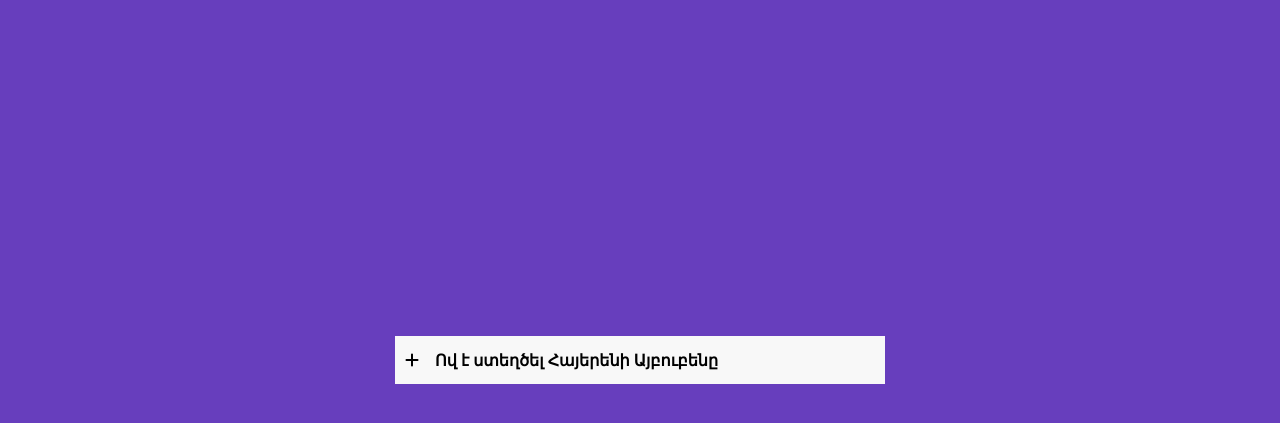
Repository: vardgeshakobyann/Accordion-ReactJS
Page: /
The author's editor kept a copy of each file at every save. The page is drawn from the files as they stood at one save, then again after the next save.
The browser window is 1280 px wide. The pictures show the whole page.
The project was rebuilt for these pictures with package versions that can differ from the ones it lists, and the page was loaded fresh each time.

Above is the page before, as saved 2025-06-11 09:19:28.

### public/index.html
<!DOCTYPE html>
<html lang="en">
  <head>
    <meta charset="utf-8" />
    <link rel="icon" href="%PUBLIC_URL%/favicon.ico" />
    <meta name="viewport" content="width=device-width, initial-scale=1" />
    <meta name="theme-color" content="#000000" />
    <meta
      name="description"
      content="Web site created using create-react-app"
    />
    <link rel="apple-touch-icon" href="%PUBLIC_URL%/logo192.png" />
    <!--
      manifest.json provides metadata used when your web app is installed on a
      user's mobile device or desktop. See https://developers.google.com/web/fundamentals/web-app-manifest/
    -->
    <link rel="manifest" href="%PUBLIC_URL%/manifest.json" />
    <!--
      Notice the use of %PUBLIC_URL% in the tags above.
      It will be replaced with the URL of the `public` folder during the build.
      Only files inside the `public` folder can be referenced from the HTML.

      Unlike "/favicon.ico" or "favicon.ico", "%PUBLIC_URL%/favicon.ico" will
      work correctly both with client-side routing and a non-root public URL.
      Learn how to configure a non-root public URL by running `npm run build`.
    -->
      <link rel="stylesheet" href="https://cdnjs.cloudflare.com/ajax/libs/font-awesome/6.7.2/css/all.min.css" integrity="sha512-Evv84Mr4kqVGRNSgIGL/F/aIDqQb7xQ2vcrdIwxfjThSH8CSR7PBEakCr51Ck+w+/U6swU2Im1vVX0SVk9ABhg==" crossorigin="anonymous" referrerpolicy="no-referrer" />
    <title>React App</title>
  </head>
  <body>
    <noscript>You need to enable JavaScript to run this app.</noscript>
    <div id="root"></div>
    <!--
      This HTML file is a template.
      If you open it directly in the browser, you will see an empty page.

      You can add webfonts, meta tags, or analytics to this file.
      The build step will place the bundled scripts into the <body> tag.

      To begin the development, run `npm start` or `yarn start`.
      To create a production bundle, use `npm run build` or `yarn build`.
    -->
  </body>
</html>

### src/index.js
import ReactDOM from 'react-dom/client';
import './index.css';
import App from './App';

const root = ReactDOM.createRoot(document.getElementById('root'));
root.render(<App />);

### src/index.css
* {
  margin: 0;
  padding: 0;
  box-sizing: border-box;
}

body {
  margin: 0;
  font-family: -apple-system, BlinkMacSystemFont, 'Segoe UI', 'Roboto', 'Oxygen',
    'Ubuntu', 'Cantarell', 'Fira Sans', 'Droid Sans', 'Helvetica Neue',
    sans-serif;
  -webkit-font-smoothing: antialiased;
  -moz-osx-font-smoothing: grayscale;
  background: #673EBD;
}

code {
  font-family: source-code-pro, Menlo, Monaco, Consolas, 'Courier New',
    monospace;
}

### src/App.js
import './App.css';
import Accordion from './components/Accordion/Accordion';

function App() {
  return (
    <div className="App">
      <Accordion />
    </div>
  );
}

export default App;

### src/App.css
.App {
  width: 100%;
  height: 100vh;
  display: flex;
  justify-content: center;
  align-items: center;
}

### src/components/Accordion/Accordion.jsx
import './accordion.css';
import { data } from '../../DB';
import AccordionItem from '../AccordionItem/AccordionItem';

const Accordion = () => {
    return (
        <div className="accordion">
            {
                data.map((el) => {
                    return (
                        <AccordionItem
                            key={el.id}
                            question={el.question}
                        />
                    )
                })
            }
        </div>
    )
}

export default Accordion;

### src/components/Accordion/accordion.css
.accordion {
    width: 490px;
    border-radius: 4px;
}

### src/DB.js
export const data = [
    {
        id: 1,
        question: "Ով է ստեղծել Հայերենի Այբուբենը",
        answer: "Մեսրոպ Մաշտոցը 405թ -ին 5րդ դարում",
        isComplited: false,
        open: false
    }
];

### src/components/AccordionItem/AccordionItem.jsx
import './accordionItem.css';

const AccordionItem = ({question}) => {
    return (
        <div className="accordionItem">
            <div className="header">
                <div className="leftBlock">
                    <i className="fa-solid fa-plus"></i>
                    <p>{question}</p>
                </div>
                <div className="rightBlock"></div>
            </div>
        </div>
    )
}

export default AccordionItem;

### src/components/AccordionItem/accordionItem.css
.accordionItem {
    width: 100%;
}

.accordionItem .header {
    width: 100%;
    height: 48px;
    background: #F8F8F8;
    padding: 10px;
    display: flex;
    justify-content: space-between;
    align-items: center;
}

.accordionItem .header .leftBlock {
    display: flex;
    justify-content: center;
    align-items: center;
    gap: 16px;
    border-top-right-style: 1px solid #000;
}

.accordionItem .header .leftBlock p {
    font-weight: 600;
}

After the next save:
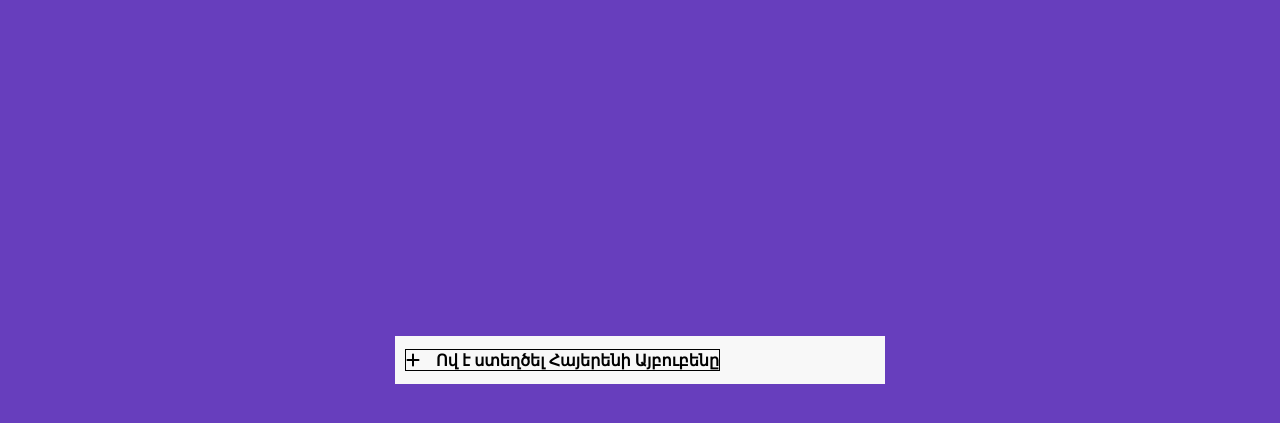
Saved 9 s later.
--- a/src/components/AccordionItem/accordionItem.css
+++ b/src/components/AccordionItem/accordionItem.css
@@ -17,7 +17,7 @@
     justify-content: center;
     align-items: center;
     gap: 16px;
-    border-top-right-style: 1px solid #000;
+    border: 1px solid #000;
 }
 
 .accordionItem .header .leftBlock p {

After the save that followed:
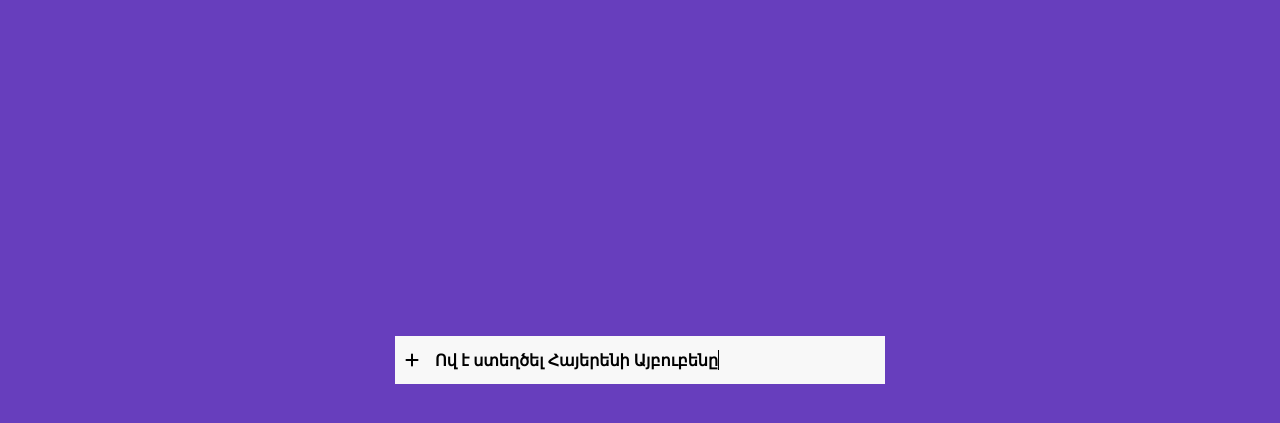
Saved 40 s later.
--- a/src/components/AccordionItem/accordionItem.css
+++ b/src/components/AccordionItem/accordionItem.css
@@ -17,7 +17,7 @@
     justify-content: center;
     align-items: center;
     gap: 16px;
-    border: 1px solid #000;
+    border-right: 1px solid #000;
 }
 
 .accordionItem .header .leftBlock p {
